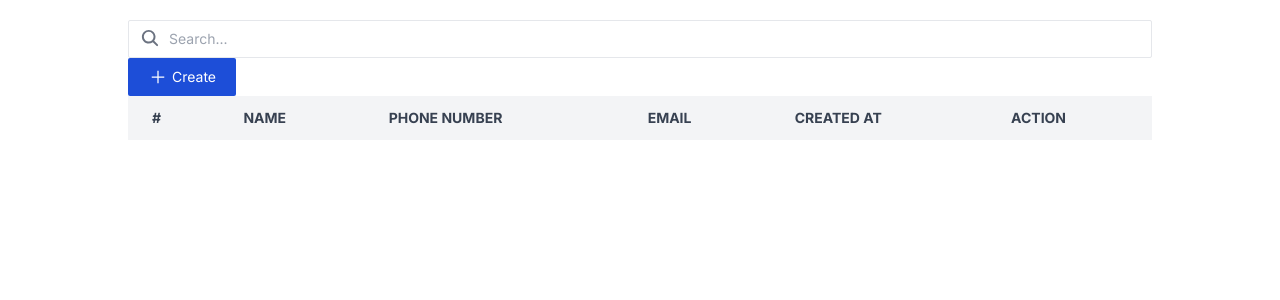
Repository: KilluaProject/crud-nextjs14
Page: /contacts
The author's editor kept a copy of each file at every save. The page is drawn from the files as they stood at one save, then again after the next save.
The browser window is 1280 px wide. The pictures show the whole page.
The project was rebuilt for these pictures with package versions that can differ from the ones it lists, and the page was loaded fresh each time. The framework's server and built-in components were replaced by stand-ins that run in the browser. Also part of the build but not shown: next.config.mjs.

Above is the page before, as saved 2024-06-30 11:47:09.

### app/layout.tsx
import type { Metadata } from "next";
import { Inter } from "next/font/google";
import "./globals.css";

const inter = Inter({ subsets: ["latin"] });

export const metadata: Metadata = {
  title: "CRUD Apps",
  description: "Generated by create next app",
};

export default function RootLayout({
  children,
}: Readonly<{
  children: React.ReactNode;
}>) {
  return (
    <html lang="en">
      <body className={inter.className}>{children}</body>
    </html>
  );
}

### app/contacts/page.tsx
import { CreateButton } from '@/components/Button'
import ContactsTable from '@/components/ContactsTable'
import Search from '@/components/Search'


const ContactsPage = () => {
  return (
    <div className='max-w-screen-lg mx-auto mt-5'>
        <div>
            <Search/>
            <CreateButton/>
        </div>
        <ContactsTable/>
    </div>
  )
}

export default ContactsPage

### components/Button.tsx
import Link from "next/link"
import { IoAddSharp } from "react-icons/io5"


export const CreateButton = () =>{
    return(
        <Link className="inline-flex items-center gap-1 text-white bg-blue-700 hover:bg-blue-800 px-5 py-[9px] rounded-sm text-sm" href="/contacts/create">
            <IoAddSharp size={20} />
            Create
        </Link>
    )
}

### components/ContactsTable.tsx


const ContactsTable = () => {
  return (
    <table className="w-full text-sm text-left text-gray-500">
        <thead className="text-sm text-gray-700 uppercase bg-gray-100">
            <tr>
                <th className="py-3 px-6">#</th>
                <th className="py-3 px-6">Name</th>
                <th className="py-3 px-6">Phone Number</th>
                <th className="py-3 px-6">Email</th>
                <th className="py-3 px-6">Created At</th>
                <th className="py-3 px-6">Action</th>
            </tr>
        </thead>
        <tbody>
            <tr>
                <td className="py-3 px-6"></td>
                <td className="py-3 px-6"></td>
                <td className="py-3 px-6"></td>
                <td className="py-3 px-6"></td>
                <td className="py-3 px-6"></td>
                <td className="py-3 px-6"></td>
            </tr>
        </tbody>
    </table>
  )
}

export default ContactsTable

### components/Search.tsx
import React from 'react'
import { IoSearch } from 'react-icons/io5'

const Search = () => {
  return (
    <div className='relative flex flex-1'>
        <input
        placeholder='Search...'
        className='w-full border border-gray-200 py-2 pl-10 text-sm outline-2 rounded-sm'
        type="text" />
        <IoSearch className='absolute left-3 top-2 h-5 w-5 text-gray-500'/>
    </div>
  )
}

export default Search

Loaded but not shown: app/globals.css (common file); tailwind.config.ts (common file)

After the next save:
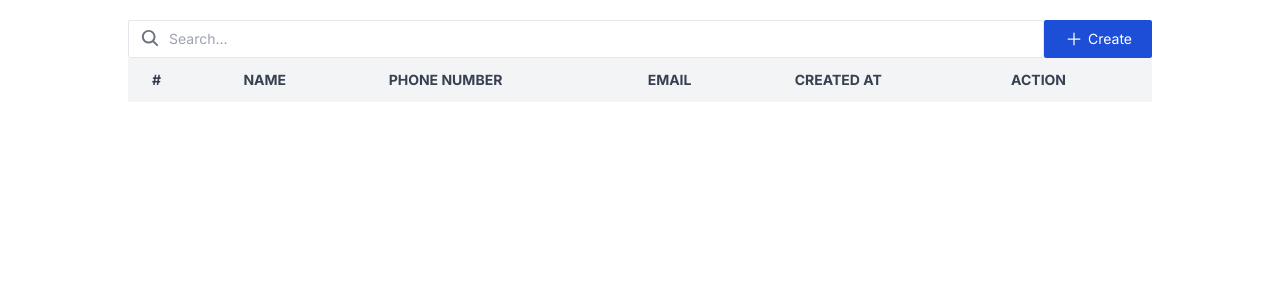
Saved 37 s later.
--- a/app/contacts/page.tsx
+++ b/app/contacts/page.tsx
@@ -6,7 +6,7 @@ import Search from '@/components/Search'
 const ContactsPage = () => {
   return (
     <div className='max-w-screen-lg mx-auto mt-5'>
-        <div>
+        <div className='flex flex-1'>
             <Search/>
             <CreateButton/>
         </div>
